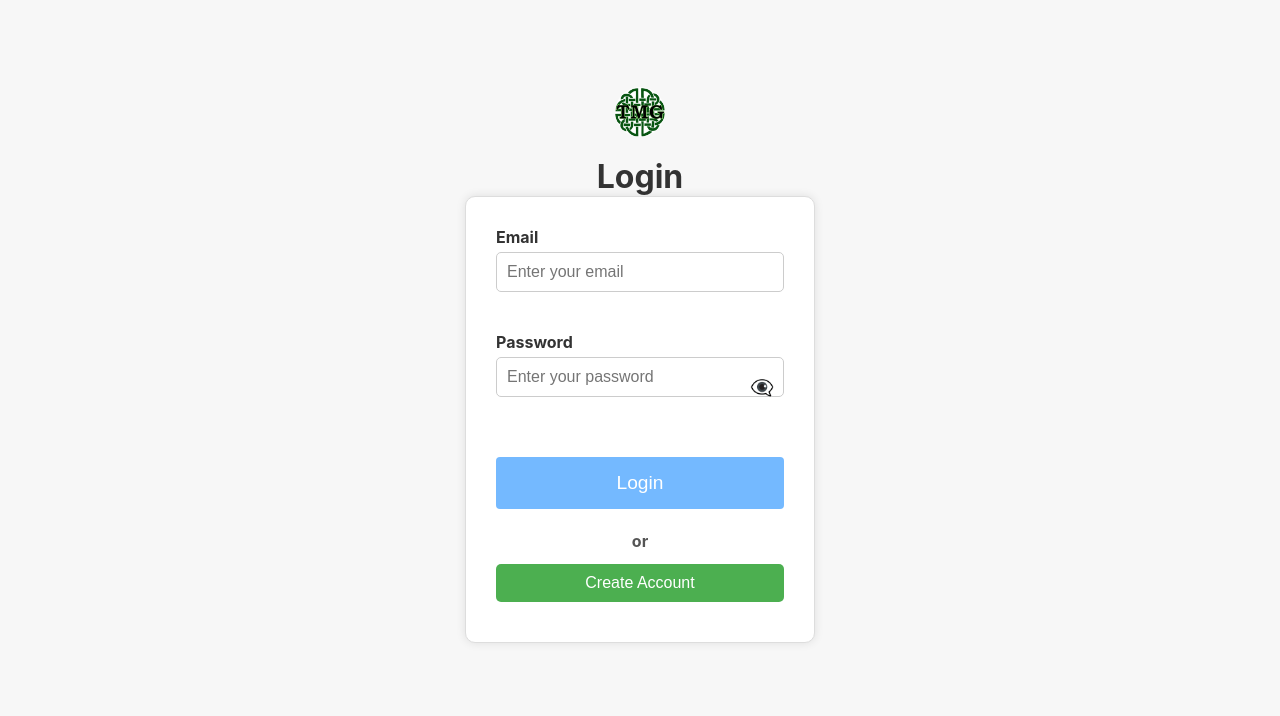
Repository: MachaGroup/MachaGroupIntegration
Page: /Login
These files come from the project's save history. The page is drawn as it stood at one moment and after the next save; the edit follows.
The browser window is 1280 px wide. The pictures show the whole page.
The project was rebuilt for these pictures with package versions that can differ from the ones it lists, and the page was loaded fresh each time. Also part of the build but not shown: src/Screens/FormInputPage.js, src/Screens/MainScreen.css, src/Screens/MainScreen.js, src/Screens/AboutUs.js, src/Screens/FAQ.js, src/firebaseConfig.js, src/Screens/ContactUs.js, src/Screens/Settings.css and 151 more.

Above is the page before, as saved 2024-11-06 17:20:32.

### src/Screens/Login.js
import React, { useState } from 'react';
import { useNavigate } from 'react-router-dom';
import { getAuth, signInWithEmailAndPassword } from 'firebase/auth';
import './Login.css';
import logo from '../assets/MachaLogo.png';

function Login() {
  const [email, setEmail] = useState('');
  const [password, setPassword] = useState('');
  const [showPassword, setShowPassword] = useState(false); // New state for toggling password visibility
  const navigate = useNavigate();

  const handleLogin = async (e) => {
    e.preventDefault();

    const auth = getAuth();
    try {
      await signInWithEmailAndPassword(auth, email, password);
      console.log('Login successful');

      auth.onAuthStateChanged((user) => {
        if (user) {
          navigate('/Main');
        }
      });
    } catch (error) {
      console.error('Error logging in:', error.message);
    }
  };

  const handleCreateAccount = () => {
    navigate('/CreateanAccount');
  };

  return (
    <div className="login-container">
      <img src={logo} alt="Logo" className="logo" />

      <h1>Login</h1>
      <form onSubmit={handleLogin}>
        <div className="form-group">
          <label>Email</label>
          <input
            type="email"
            value={email}
            onChange={(e) => setEmail(e.target.value)}
            placeholder="Enter your email"
            required
          />
        </div>

        <div className="form-group">
          <label>Password</label>
          <div className="password-container">
            <input
              type={showPassword ? 'text' : 'password'}
              value={password}
              onChange={(e) => setPassword(e.target.value)}
              placeholder="Enter your password"
              required
            />
            <span
              className="password-toggle"
              onClick={() => setShowPassword(!showPassword)}
            >
              {showPassword ? '👁️' : '👁️‍🗨️'}
            </span>
          </div>
        </div>

        <button type="submit">Login</button>

        <p className="or-text">or</p>

        <button type="button" onClick={handleCreateAccount}>Create Account</button>
      </form>
    </div>
  );
}

export default Login;

### src/Screens/Login.css
/* Main container styling */
.logo{
  width: 300px;  /* Adjust size as needed */
  margin-bottom: 20px;  /* Spacing below the logo */
}
.login-container {
  display: flex;
  flex-direction: column;
  align-items: center;
  justify-content: center;
  height: 100vh;
  background-color: #f7f7f7;
  padding: 20px;
}
.password-container {
  position: relative;
  display: flex;
  align-items: center;
}

.password-container input {
  width: 100%;
  padding-right: 30px; /* Space for the eye icon */
}

.password-toggle {
  position: absolute;
  right: 10px;
  cursor: pointer;
  font-size: 1.2em;
  display: flex;
  align-items: center; /* Ensures icon centers vertically */
  height: 100%; /* Matches the height of the input for better alignment */
}


/* Form container */
form {
  display: flex;
  flex-direction: column;
  width: 350px; /* Increased width */
  background-color: #fff;
  padding: 30px; /* Increased padding */
  border: 1px solid #ddd;
  border-radius: 10px;
  box-shadow: 0 0 10px rgba(0, 0, 0, 0.1);
}

/* Form group */
.form-group {
  margin-bottom: 15px;
}

.form-group label {
  display: block;
  margin-bottom: 5px;
  color: #333;
}

.form-group input {
  width: 100%;
  padding: 10px;
  border: 1px solid #ccc;
  border-radius: 5px;
}

/* Button styling */
button {
  width: 100%;
  padding: 10px;
  background-color: #4CAF50;
  color: white;
  border: none;
  border-radius: 5px;
  cursor: pointer;
  font-size: 1em;
  margin-bottom: 10px; /* Spacing between buttons */
}

button:hover {
  background-color: #45a049;
}

/* "or" text styling */
.or-text {
  text-align: center;
  color: #555;
  margin: 10px 0; /* Spacing between buttons */
  font-weight: bold;
}

/* Link and paragraph styling */
p {
  margin-top: 15px;
  color: #555;
  text-align: center;
}

a {
  color: #007bff;
  text-decoration: none;
}

a:hover {
  text-decoration: underline;
}

### src/Screens/FormInputPage.css
/* General Layout */
.form-page {
  display: flex;
  flex-direction: column;
  align-items: center;
  justify-content: flex-start;
  background-color: #f0f0f0;
  min-height: 100vh;
  padding: 20px;
  box-sizing: border-box;
}

/* Header Styling */
.header {
  display: flex;
  flex-direction: column;
  align-items: center;
  margin-bottom: 10px;
}

h1 {
  font-size: 2em;
  color: #333;
}

.logo {
  width: 50px;
  height: 50px;
  margin-top: 10px;
}

/* Back Button Styling */
.back-button-container {
  align-self: flex-start;
  margin-bottom: 20px;
}

.back-button {
  background: none;
  border: none;
  font-size: 2em;
  cursor: pointer;
  color: #333;
}

/* Form Container Styling */
.form-container {
  background-color: white;
  padding: 30px;
  border-radius: 8px;
  box-shadow: 0 4px 8px rgba(0, 0, 0, 0.1);
  width: 70%; /* Expanded to fit more screen width */
  max-width: 900px; /* Cap the width on large screens */
  box-sizing: border-box;
}

/* Form Sections */
.form-section {
  display: flex;
  flex-direction: column; /* Stack label above button */
  align-items: center; /* Center both the label and button */
  margin-bottom: 15px;
  width: 100%; /* Make sure the button takes the full container width */
}

.form-section label {
  font-size: 1em;
  color: #333;
  margin-bottom: 10px; /* Add space between the label and button */
  text-align: center; /* Center the label */
  width: 100%; /* Make the label take the full width */
}

/* Form Button Styling - Same as Save/Submit Buttons */
.form-button {
  width: 100%; /* Full width to match Save/Submit buttons */
  padding: 15px;
  background-color: #74b9ff; /* Matches Save/Submit buttons */
  color: white;
  border: none;
  border-radius: 4px;
  cursor: pointer;
  font-size: 1em;
  transition: background-color 0.3s ease;
}

.form-button:hover {
  background-color: #0984e3; /* Hover color */
}

/* Save Button Styling */
.save-button {
  width: 100%;
  padding: 15px;
  background-color: #74b9ff;
  color: white;
  border: none;
  border-radius: 4px;
  cursor: pointer;
  font-size: 1em;
  margin-top: 15px;
}

.save-button:hover {
  background-color: #0984e3;
}

/* Submit Button Styling */
.submit-button {
  width: 100%;
  padding: 15px;
  background-color: #74b9ff;
  color: white;
  border: none;
  border-radius: 4px;
  cursor: pointer;
  font-size: 1em;
  margin-top: 15px;
}

.submit-button:hover {
  background-color: #0984e3;
}

### src/Screens/AboutUs.css
/* General Page Styling */
.about-page {
    background-color: white; /* Set the background color to white */
    min-height: 100vh;
    padding: 20px;
    box-sizing: border-box;
  }

  /* Header Styling */
  .header {
    display: flex;
    justify-content: space-between; /* Align title to the left, logo to the right */
    align-items: center;
    width: 100%;
    padding: 20px;
    background-color: #b0d3e6;
    border-bottom: 1px solid #ddd;
  }

  .title {
    font-size: 2em;
    color: #333;
    margin: 0;
  }

  .logo {
    width: 100px;
    height: 100px;
    border-radius: 50%;
  }


  /* About Container Styling */
  .about-container {
    background-color: white;
    padding: 20px;
    border-radius: 10px;
    box-shadow: 0px 4px 10px rgba(0, 0, 0, 0.1);
    width: 100%;
    max-width: 800px;
    margin: 20px auto; /* Center the about section */
  }

  .back-button {
    margin-top: 20px; /* Add space between header and back button */
    background: none;
    border: none;
    font-size: 2em;
    cursor: pointer;
    color: #333;
    padding: 5px 10px;
    text-align: left; /* Align button to the left */
    padding-left: 20px; /* Add padding to the left */
  }

  h2 {
    text-align: center;
    margin-bottom: 20px;
    color: #333;
  }

  .about-content h3 {
    margin-top: 15px;
    color: #333;
  }

  ul {
    list-style-type: none;
    padding-left: 0;
  }

  ul li {
    margin: 5px 0;
  }

  p {
    margin: 10px 0;
    color: #333;
    line-height: 1.6;
  }

  strong {
    font-weight: bold;
  }

### src/Screens/FAQ.css
/* Reset all elements to remove any padding or margin affecting layout */
* {
    margin: 0;
    padding: 0;
    box-sizing: border-box;
  }

  /* General styling for body and html */
  body, html {
    width: 100%;
    height: 100%;
    margin: 0;
    padding: 0;
    overflow-x: hidden; /* Prevent horizontal scrollbars */
  }

  /* Full-width Header Styling */
  .header {
    display: flex;
    justify-content: space-between; /* Align title to the left, logo to the right */
    align-items: center;
    width: 100%; /* Ensure full width across the screen */
    padding: 15px; /* Padding inside the header */
    background-color: #b0d3e6; /* Light blue background */
    box-sizing: border-box;
    margin: 0 auto; /* Center the header, just in case */
  }

  /* Title Styling */
  .title {
    font-size: 2em;
    color: #333;
    text-align: left;
    flex-grow: 1; /* Allow title to take the available space */
  }

  /* Logo Styling */
  .logo {
    width: 60px;
    height: 60px;
    border-radius: 50%;
  }

  /* Back Button Styling */
  .back-button {
    background: none;
    border: none;
    font-size: 1.8em;
    cursor: pointer;
    color: #333;
  }

  /* Responsive Container for FAQ */
  .faq-container {
    background-color: white;
    padding: 20px;
    border-radius: 10px;
    box-shadow: 0px 4px 10px rgba(0, 0, 0, 0.1);
    width: 90%; /* Take up most of the screen, but not the full width */
    max-width: 1000px; /* Limit max width for larger screens */
    margin: 20px auto;
    text-align: center;
  }

  /* Input Container Styling */
  .input-container {
    width: 100%;
    max-width: 1000px;
    margin: 20px auto;
    padding: 0 10px;
  }

  .question-input {
    width: 100%;
    height: 200px;
    padding: 15px;
    font-size: 1em;
    border: 1px solid #ccc;
    border-radius: 5px;
    box-sizing: border-box;
    resize: vertical;
  }

  /* Responsive Header Styling */
  @media (max-width: 768px) {
    .header {
      padding: 10px;
    }

    .title {
      font-size: 1.5em;
    }

    .logo {
      width: 40px;
      height: 40px;
    }

    .back-button {
      font-size: 1.5em;
    }

    .faq-container {
      width: 95%; /* Adjust for small screens */
    }
  }

  @media (min-width: 769px) {
    .header {
      padding: 20px; /* Increase padding for desktop */
    }

    .title {
      font-size: 2.5em;
    }

    .logo {
      width: 70px;
      height: 70px; /* Larger logo for desktop */
    }

    .back-button {
      font-size: 2em;
    }
  }

### src/Screens/ContactUs.css
/* General Page Styling */
.contact-us-page {
    background-color: white;
    min-height: 100vh;
    padding: 20px;
    box-sizing: border-box;
    display: flex;
    flex-direction: column;
    align-items: center; /* Center content horizontally */
  }

  /* Header Styling */
  .header {
    display: flex;
    justify-content: space-between;
    align-items: center;
    background-color: #b0d3e6;
    padding: 10px;
    width: 100%;
    max-width: 800px; /* Ensure the header stays within the container width */
    box-sizing: border-box;
  }

  /* Back Button Styling */
  .back-button {
    background: none;
    border: none;
    font-size: 2em;
    cursor: pointer;
    color: #333;
  }

  /* Title Styling */
  .title {
    font-size: 1.8em;
    color: #333;
    margin: 0;
  }

  /* Logo Styling */
  .logo {
    width: 100px;
    height: 100px;
    border-radius: 50%;
  }

  /* Form Container */
  .form-container {
    background-color: white;
    padding: 20px;
    border-radius: 10px;
    box-shadow: 0px 4px 10px rgba(0, 0, 0, 0.1);
    width: 100%;
    max-width: 800px;
    box-sizing: border-box;
    display: flex;
    flex-direction: column;
    align-items: center; /* Center the form fields */
  }

  /* Form Styling */
  .contact-form {
    width: 100%; /* Form takes up full container width */
    display: flex;
    flex-direction: column;
    align-items: center; /* Center form fields horizontally */
  }

  .form-row {
    width: 100%; /* Make sure each row takes up the full width */
    display: flex;
    justify-content: space-between;
    margin-bottom: 15px;
  }

  .form-row input,
  .form-row textarea {
    width: 100%; /* Full width for inputs */
    padding: 10px;
    font-size: 1em;
    border: 1px solid #ccc;
    border-radius: 5px;
    box-sizing: border-box;
  }

  .form-row input {
    margin-bottom: 10px; /* Add space between input fields */
  }

  textarea {
    resize: none;
  }

  /* File Upload Styling */
  .file-upload {
    display: flex;
    justify-content: center; /* Center the upload label */
    align-items: center;
    width: 100%;
    margin-left: 10px;
  }

  .file-upload input[type="file"] {
    display: none;
  }

  .file-upload label {
    display: inline-block;
    padding: 10px 20px;
    background-color: #74b9ff;
    color: white;
    border-radius: 5px;
    cursor: pointer;
    transition: background-color 0.3s;
  }

  .file-upload label:hover {
    background-color: #0984e3;
  }

  /* Submit Button Styling */
  .submit-button {
    background-color: #74b9ff;
    color: white;
    padding: 10px;
    border: none;
    border-radius: 5px;
    cursor: pointer;
    font-size: 1.2em;
    margin-top: 15px;
    transition: background-color 0.3s;
  }

  .submit-button:hover {
    background-color: #0984e3;
  }

### src/Screens/Pricing.css
/* General Reset */
* {
    margin: 0;
    padding: 0;
    box-sizing: border-box;
  }

  /* Container */
  .pricing-container {
    width: 100%;
    text-align: center;
    padding: 20px;
  }

  /* Header */
  .header {
    display: flex;
    justify-content: space-between;
    align-items: center;
    padding: 15px;
    background-color: #b0d3e6;
  }

  .title {
    font-size: 2em;
    color: #333;
  }

  .logo {
    width: 100px;
    height: 100px;
  }

  .back-button {
    background: none;
    border: none;
    font-size: 1.8em;
    cursor: pointer;
    color: #333;
  }

  /* Pricing Plans */
  .pricing-plans {
    display: flex;
    justify-content: space-between;
    margin: 20px 0;
    flex-wrap: wrap;
  }

  .pricing-card {
    background-color: #f0f4f8;
    padding: 20px;
    width: 30%;
    border-radius: 10px;
    box-shadow: 0px 4px 8px rgba(0, 0, 0, 0.1);
    text-align: center;
  }

  .pricing-card h2 {
    font-size: 1.5em;
    margin-bottom: 10px;
  }

  .pricing-card h3 {
    font-size: 2em;
    margin-bottom: 10px;
  }

  .pricing-card ul {
    list-style: none;
    margin-bottom: 10px;
  }

  .pricing-card ul li {
    font-size: 1em;
    margin-bottom: 5px;
  }

  .get-started {
    background-color: #4CAF50;
    color: white;
    padding: 10px 15px;
    border: none;
    border-radius: 5px;
    cursor: pointer;
    transition: background-color 0.3s;
  }

  .get-started:hover {
    background-color: #45a049;
  }

  /* Comparison Table */
  .comparison-table {
    margin: 20px 0;
    overflow-x: auto; /* Add horizontal scrolling on small screens */
  }

  table {
    width: 100%;
    border-collapse: collapse;
    table-layout: fixed; /* Ensure table columns have equal width */
  }

  th, td {
    padding: 15px;
    border: 1px solid #ddd;
    text-align: center;
    white-space: nowrap; /* Prevent text from wrapping in table cells */
  }

  th {
    background-color: #f0f4f8;
    font-weight: bold;
  }

  td {
    background-color: #ffffff;
  }

  table th, table td {
    min-width: 120px; /* Set a minimum width for each column */
  }

  @media (max-width: 768px) {
    .pricing-plans {
      flex-direction: column; /* Stack plans vertically on small screens */
    }

    .pricing-card {
      width: 100%; /* Make pricing cards take full width on mobile */
      margin-bottom: 20px;
    }
  }

### src/Screens/CreateanAccount.css
/* Main container for the form */
.create-account-container {
  display: flex;
  flex-direction: column;
  align-items: center;
  padding: 20px;
  font-family: Arial, sans-serif;
}

/* Back button styling */
.back-button {
  align-self: flex-start;
  font-size: 24px;
  background: none;
  border: none;
  cursor: pointer;
  color: #333;
  margin-bottom: 10px;
}

/* Title styling */
.create-account-title {
  font-size: 32px;
  font-weight: bold;
  color: #4A79E8;
  margin-bottom: 20px;
}

/* Form styling */
.account-form {
  width: 100%;
  max-width: 500px;
  display: flex;
  flex-direction: column;
  align-items: center;
  border: 1px solid #ddd;
  padding: 20px;
  border-radius: 8px;
  background-color: #f9f9f9;
  box-shadow: 0px 4px 8px rgba(0, 0, 0, 0.1);
}

/* Grouping each input field with label */
.form-group {
  width: 100%;
  margin-bottom: 20px;
}

label {
  font-weight: bold;
  margin-bottom: 5px;
  display: block;
  color: #333;
}

input {
  width: 100%;
  padding: 10px;
  font-size: 16px;
  border: 1px solid #ddd;
  border-radius: 5px;
  box-sizing: border-box;
}

/* Styling for the address section */
.address-section {
  width: 100%;
  margin-top: 20px;
}

.address-section h3 {
  font-weight: bold;
  margin-bottom: 10px;
  color: #4A79E8;
}

/* Grid styling for the address input fields */
.address-inputs {
  display: grid;
  grid-template-columns: 1fr 1fr;
  gap: 15px;
  width: 100%;
}

/* Full-width button styling */
.create-account-button {
  width: 100%;
  padding: 10px;
  margin-top: 20px;
  background-color: #4A79E8;
  color: white;
  font-weight: bold;
  font-size: 18px;
  border: none;
  border-radius: 5px;
  cursor: pointer;
  transition: background-color 0.3s ease;
}

.create-account-button:hover {
  background-color: #3a5bb5;
}

/* Link styling */
.skip-link, .cancel-link {
  color: #4A79E8;
  text-decoration: none;
  margin-top: 10px;
  font-size: 14px;
  cursor: pointer;
}

.skip-link:hover, .cancel-link:hover {
  text-decoration: underline;
}

Loaded but not shown: public/index.html (common file); src/index.js (common file); src/index.css (common file); src/reportWebVitals.js (common file); src/App.css (common file); src/App.js (330 lines, source omitted); src/Screens/FormQuestions.css (181 lines, source omitted)

After the next save:
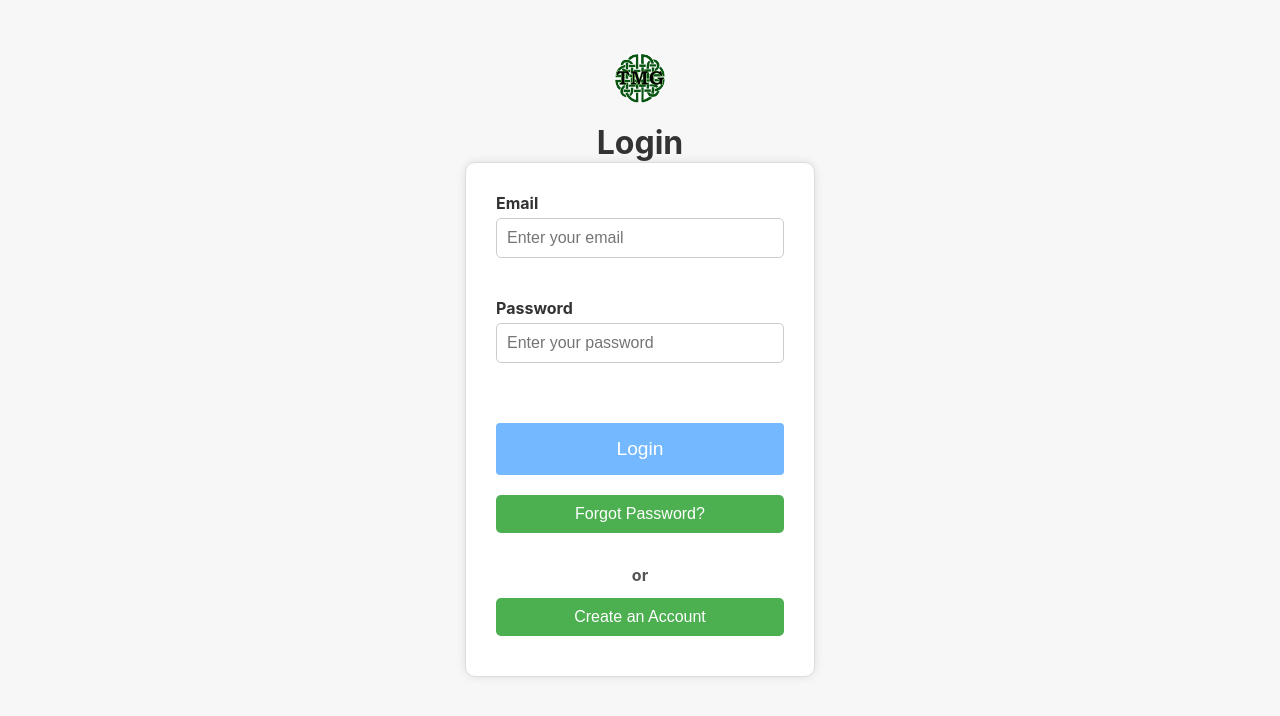
Saved 82 s later.
--- a/src/Screens/Login.js
+++ b/src/Screens/Login.js
@@ -1,39 +1,58 @@
-import React, { useState } from 'react';
+import React, { useState, useEffect } from 'react';
 import { useNavigate } from 'react-router-dom';
-import { getAuth, signInWithEmailAndPassword } from 'firebase/auth';
+import { getAuth, onAuthStateChanged, signInWithEmailAndPassword } from 'firebase/auth';
 import './Login.css';
 import logo from '../assets/MachaLogo.png';
 
 function Login() {
   const [email, setEmail] = useState('');
   const [password, setPassword] = useState('');
-  const [showPassword, setShowPassword] = useState(false); // New state for toggling password visibility
   const navigate = useNavigate();
+  const auth = getAuth();
+
+  // Check if the user is already logged in on component mount
+  useEffect(() => {
+    const unsubscribe = onAuthStateChanged(auth, (user) => {
+      if (user) {
+        // User is logged in, redirect to the main screen
+        navigate('/Main');
+      }
+    });
+
+    // Clean up the listener when the component unmounts
+    return () => unsubscribe();
+  }, [auth, navigate]);
 
   const handleLogin = async (e) => {
     e.preventDefault();
-
-    const auth = getAuth();
     try {
       await signInWithEmailAndPassword(auth, email, password);
       console.log('Login successful');
-
-      auth.onAuthStateChanged((user) => {
-        if (user) {
-          navigate('/Main');
-        }
-      });
+      navigate('/Main');  // Redirect to the main screen on successful login
     } catch (error) {
       console.error('Error logging in:', error.message);
+      // Display appropriate error messages
+      if (error.code === 'auth/user-not-found') {
+        alert('No user found with that email');
+      } else if (error.code === 'auth/wrong-password') {
+        alert('Incorrect password.');
+      } else {
+        alert('An error occurred. Please try again later');
+      }
     }
   };
 
-  const handleCreateAccount = () => {
-    navigate('/CreateanAccount');
+  const handleCreateanAccount = () => {
+    navigate('/CreateanAccount');  // Redirect to the create account page
+  };
+
+  const handleForgotPassword = () => {
+    navigate('/ForgotPassword');  // Redirect to the forgot password page
   };
 
   return (
     <div className="login-container">
+      {/* Logo image */}
       <img src={logo} alt="Logo" className="logo" />
 
       <h1>Login</h1>
@@ -51,28 +70,29 @@
 
         <div className="form-group">
           <label>Password</label>
-          <div className="password-container">
-            <input
-              type={showPassword ? 'text' : 'password'}
-              value={password}
-              onChange={(e) => setPassword(e.target.value)}
-              placeholder="Enter your password"
-              required
-            />
-            <span
-              className="password-toggle"
-              onClick={() => setShowPassword(!showPassword)}
-            >
-              {showPassword ? '👁️' : '👁️‍🗨️'}
-            </span>
-          </div>
+          <input
+            type="password"
+            value={password}
+            onChange={(e) => setPassword(e.target.value)}
+            placeholder="Enter your password"
+            required
+          />
         </div>
 
         <button type="submit">Login</button>
 
+        {/* Forgot Password link */}
+        <p className="forgot-password-text">
+          <button type="button" className="forgot-password-link" onClick={handleForgotPassword}>
+            Forgot Password?
+          </button>
+        </p>
+
+        {/* or text */}
         <p className="or-text">or</p>
 
-        <button type="button" onClick={handleCreateAccount}>Create Account</button>
+        {/* Create Account button */}
+        <button type="button" onClick={handleCreateanAccount}>Create an Account</button>
       </form>
     </div>
   );
